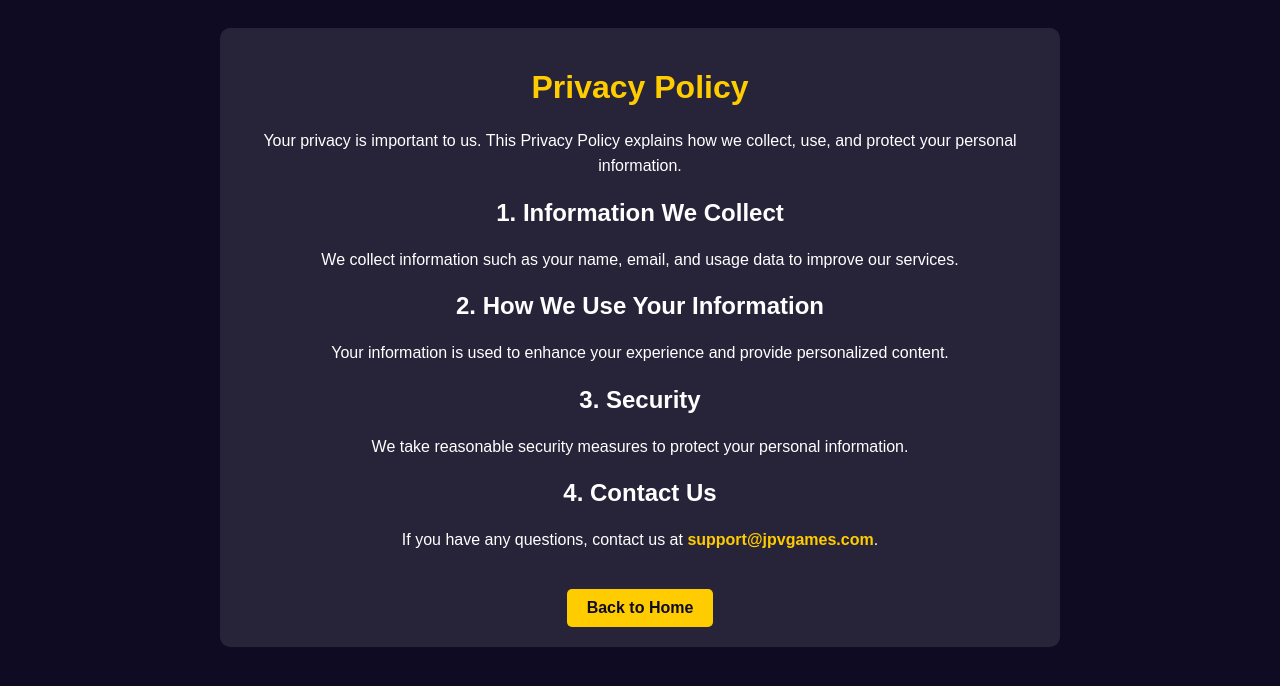
Repository: meenadabhii/jpygames.com
Page: http://localhost/privacy-policy.html
An editor plug-in stored every save of this project. The page is shown before and after a run of saves, followed by the edit.
The browser window is 1280 px wide. The pictures show the whole page.
The page is served by the project's Node server (nodejs/app.js).

Above is the page before, as saved 2025-02-07 16:11:15.

After the next 3 saves:
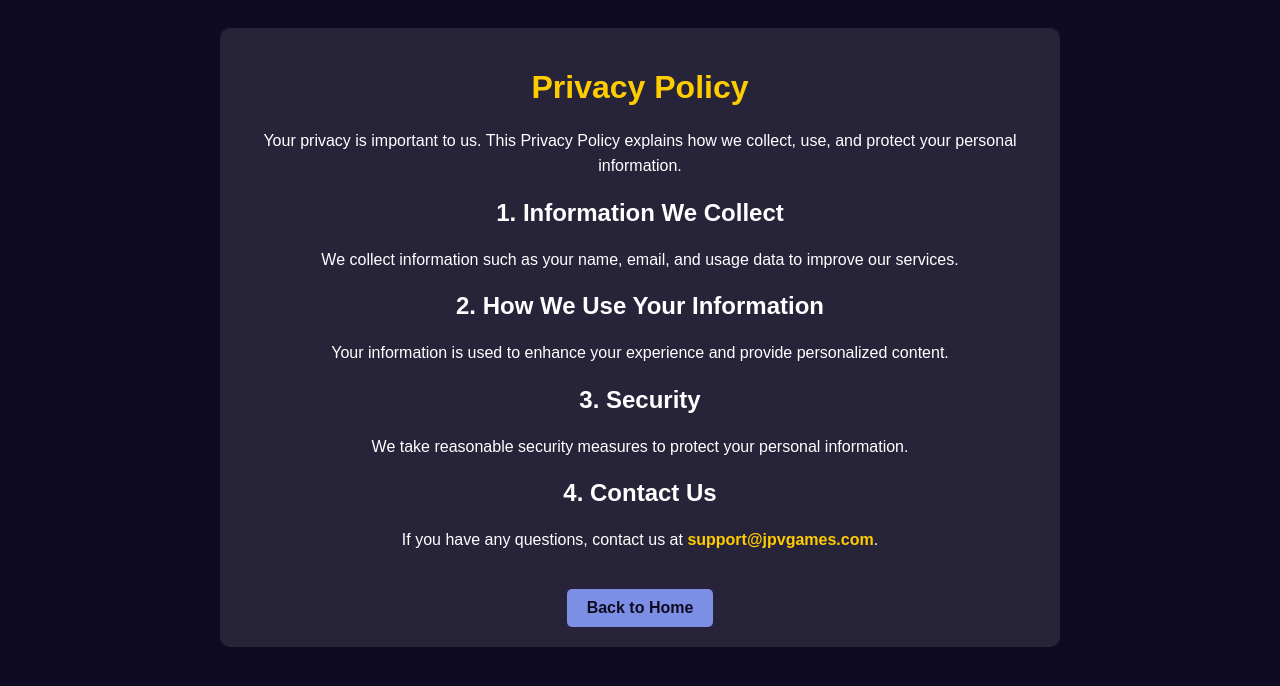
The 3 saves are shown as one change because they came seconds apart.
The last was saved 18 s later.
--- a/nodejs/views/privacy-policy.html
+++ b/nodejs/views/privacy-policy.html
@@ -41,7 +41,7 @@
 
         .button {
             display: inline-block;
-            background: #ffcc00;
+            background: #7c8fe4;
             color: #0e0b23;
             padding: 10px 20px;
             border-radius: 5px;
